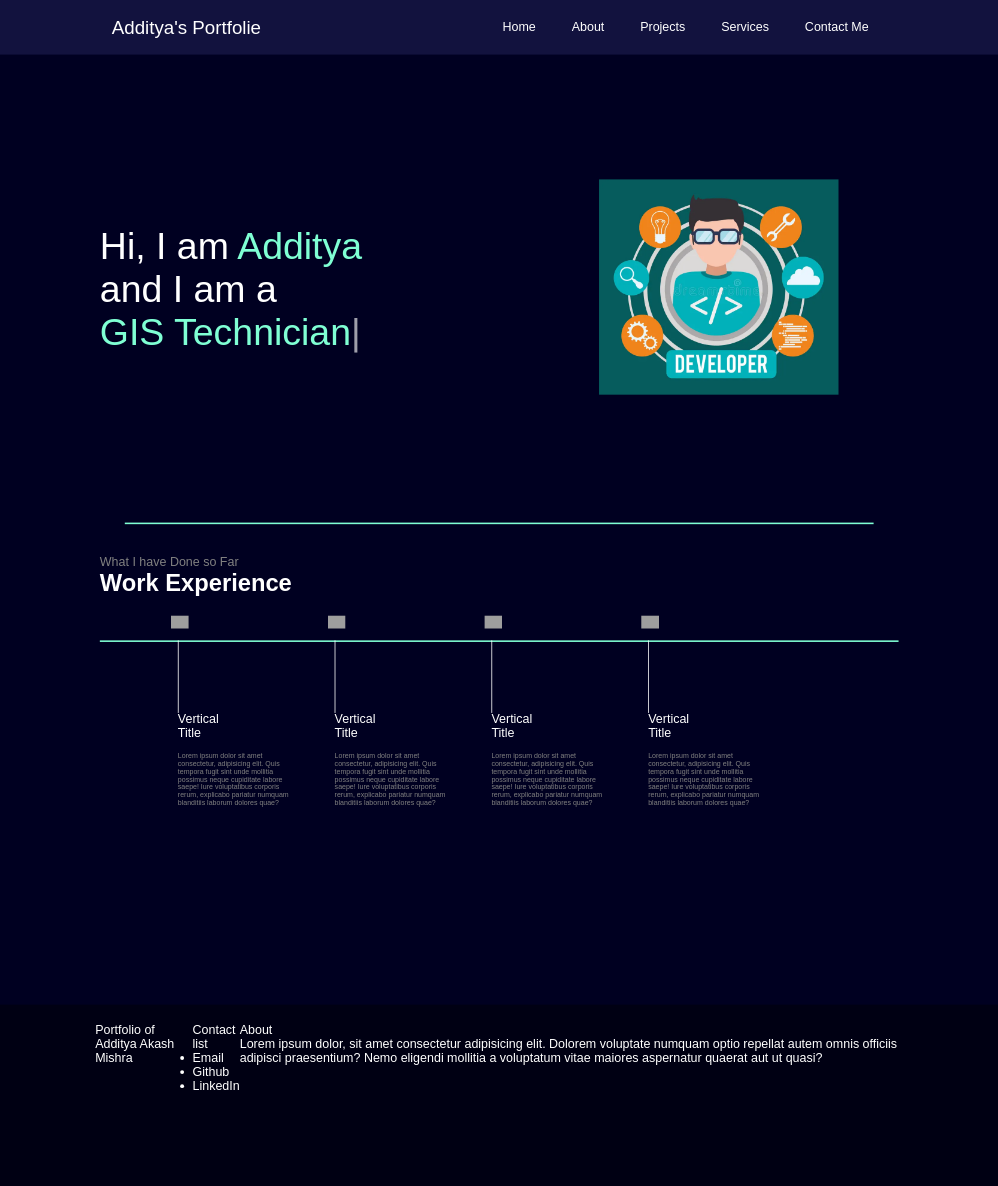
Repository: VictoriousMango/Portfolio
Page: index.html
An editor plug-in stored every save of this project. The page is shown before and after the next save, followed by the edit.
The browser window is 1280 px wide. The pictures show the whole page, at 78% of full size.
Pictures or frames that could not be fetched are drawn as grey boxes.

Above is the page before, as saved 2023-08-27 12:25:42.

After the next save:
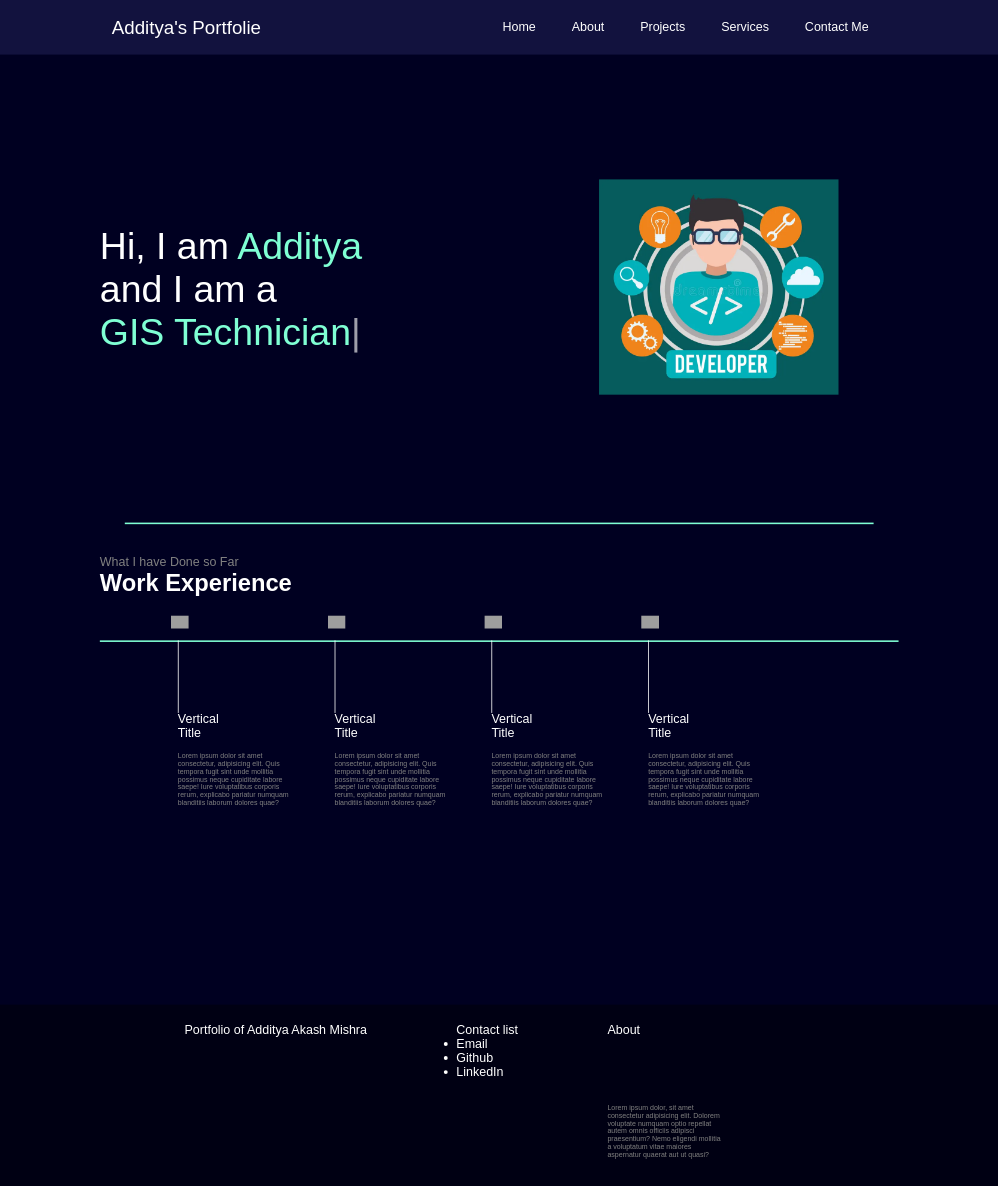
Saved 59 s later.
--- a/index.html
+++ b/index.html
@@ -150,6 +150,13 @@
         }
         .footer > div {
             width: auto;
+        }
+        .about{
+            position: relative;
+            top: 86px;
+            color: gray;
+            width: 150px;
+            font-size: 9px;
         }
         #element {
             color: aquamarine;
